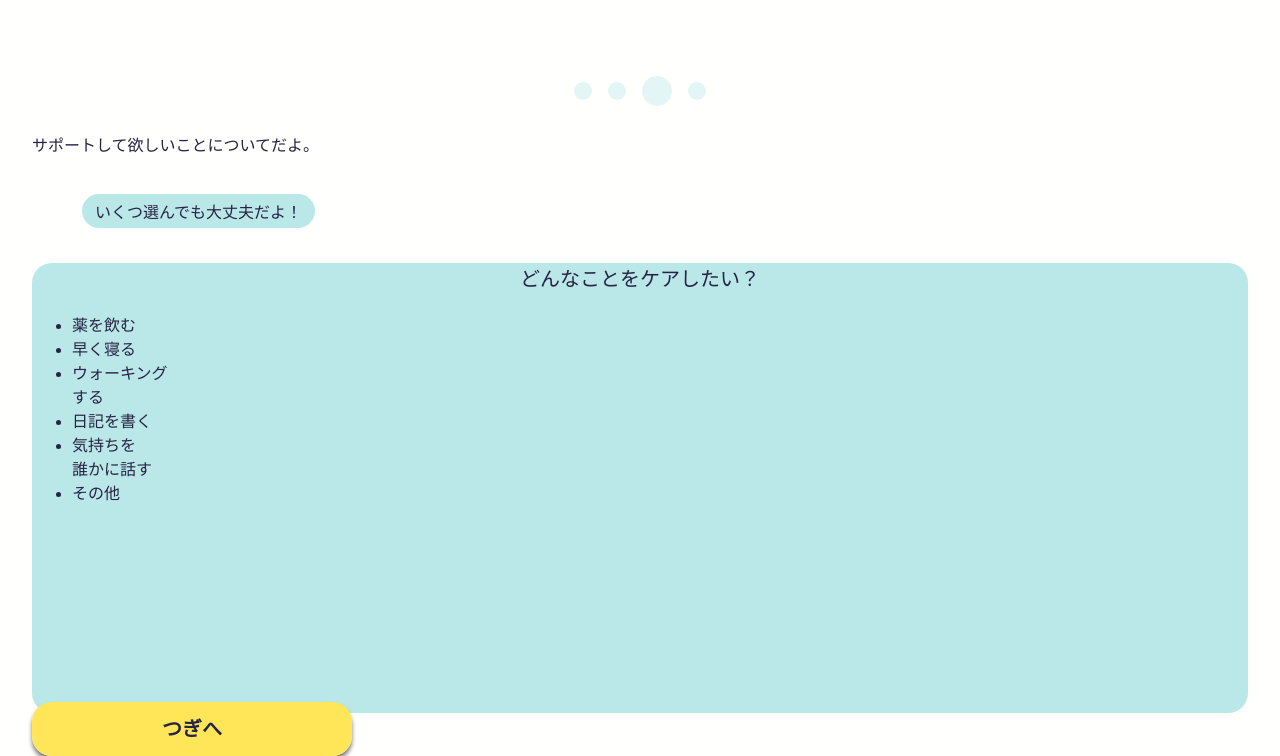
Repository: misaki0919/Self-care
Page: support.html
An editor plug-in stored every save of this project. The page is shown before and after the next save, followed by the edit.
The browser window is 1280 px wide. The pictures show the whole page.
Some web fonts or font styles are not loaded; a fallback is used.

Above is the page before, as saved 2026-07-16 15:48:05.

### support.html
<!DOCTYPE html>
<html lang="jp">
<head>
    <meta charset="UTF-8">
    <meta name="viewport" content="width=device-width, initial-scale=1.0">
    <title>サポートページ</title>
    <link href="css/support.css" rel="stylesheet">
    <link rel="preconnect" href="https://fonts.googleapis.com">
    <link rel="preconnect" href="https://fonts.gstatic.com" crossorigin>
    <link href="https://fonts.googleapis.com/css2?family=Archivo+Black&family=Noto+Serif+JP:wght@200..900&family=Zen+Maru+Gothic&display=swap" rel="stylesheet">
</head>
<body>
    <div class="circle_wrap">
        <div class="circle"></div>
        <div class="circle"></div>
        <div class="diffrent_circle"></div>
        <div class="circle"></div>
    </div>
    <p class="support">サポートして欲しいことについてだよ。</p>
    <p class="choose">いくつ選んでも大丈夫だよ！</p>
    <div class="wrap">
        <p class="care">どんなことをケアしたい？</p>
        <ul>
            <li>薬を飲む</li>
            <li>早く寝る</li>
            <li>ウォーキング<br>する</li>
            <li>日記を書く</li>
            <li>気持ちを<br>誰かに話す</li>
            <li>その他</li>
        </ul>
    </div>
    <a href="" class="next zen-maru-gothic-regular">つぎへ</a>

</body>
</html>

### css/support.css
body{
    background-color: #FFFFFE;
    color: #272343;
    padding-left: 24px;
    padding-right: 24px;
}
.zen-maru-gothic-regular {
    font-family: "Zen Maru Gothic", sans-serif;
    font-weight: 600;
    font-style: normal;
}
.circle_wrap{
    display: flex;
    justify-content: center;
    margin-top: 76px;
    gap: 16px;
    align-items: center;
    .diffrent_circle{
        width: 30px;
        height: 30px;
        background-color: #E3F6F5;
        border-radius: 50%;

    }
    .circle{
        width: 18px;
        height: 18px;
        background-color: #E3F6F5;
        border-radius: 50%;
        text-align: center;

    }
}
.support{
    font-size: 16px;
    margin: 26px 38px 0 0;
}
.choose{
    font-size: 16px;
    background-color: #BAE8E8;
    border-radius: 20px;
    width: 233px;
    height: 34px;
    display: flex;
    justify-content: center;
    align-items: center;
    margin-left: 50px;
    margin-bottom: 35px;
    margin-top: 38px;
}
.wrap{
    background-color: #BAE8E8;
    height: 450px;
    border-radius: 20px;
    .care{
        font-size: 20px;
        text-align: center;
        margin-bottom: 20px;
    }
}




.next{
    font-size: 20px;
    background-color: #FFE558;
    border-radius: 20px;
    padding: 16px 130px;
    text-align: center;
    text-decoration: none;
    color: #272343;
    box-shadow: #7b7b7b 0px 4px 4px 0px;
}

After the next save:
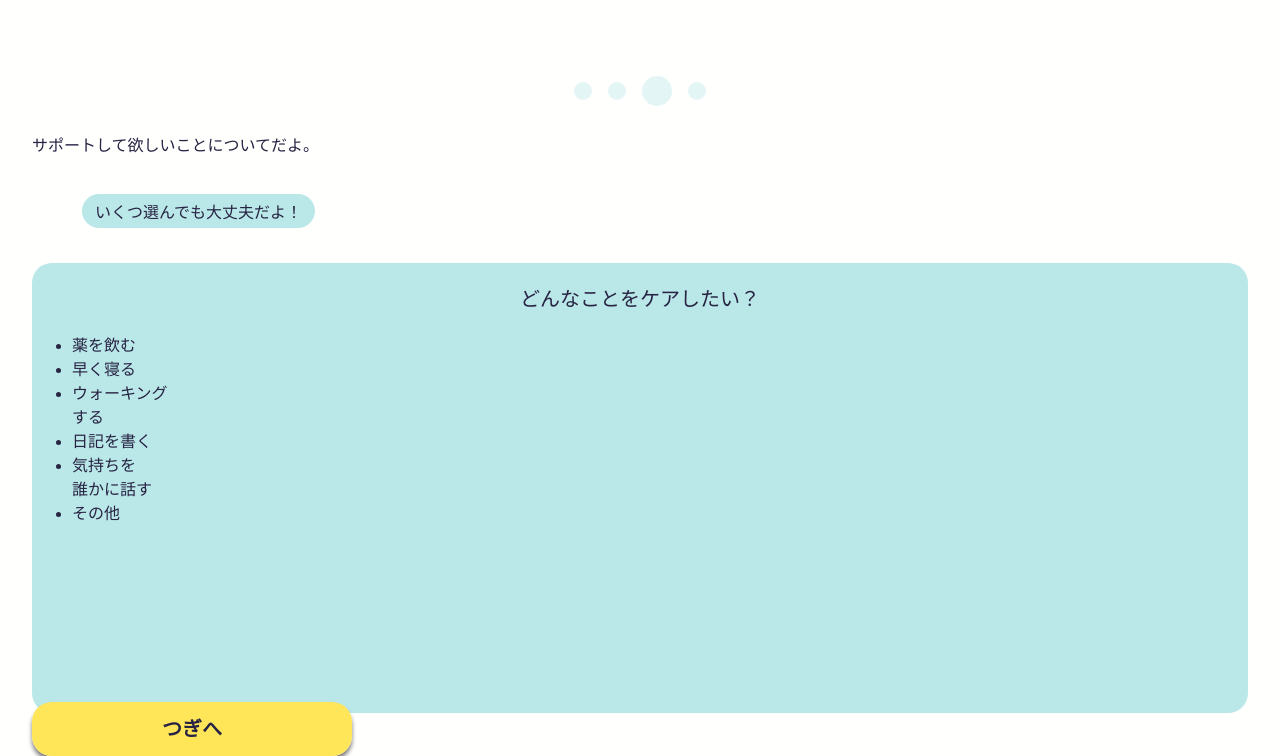
Saved 27 s later.
--- a/css/support.css
+++ b/css/support.css
@@ -55,7 +55,7 @@ body{
     .care{
         font-size: 20px;
         text-align: center;
-        margin-bottom: 20px;
+        padding-top: 20px;
     }
 }
 
